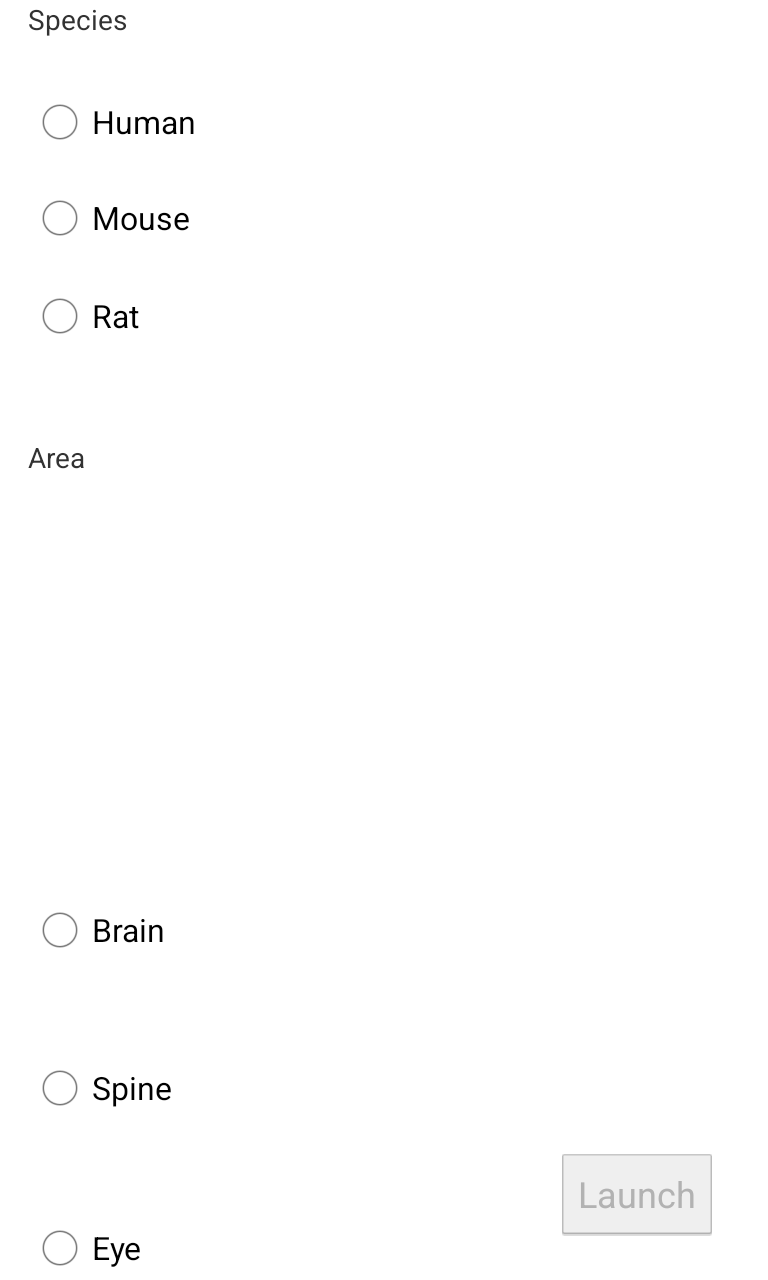
Repository: Ekarg/CSCE315Project3
Layout: Project3/res/layout/activity_main.xml
The author's editor kept a copy of each file at every save. The layout is drawn from the files as they stood at one save, then again after the next save.
It is drawn on a 768 x 1280 px phone screen (xhdpi) without system bars, with theme AppTheme; the app's code is not run.

Above is the layout before, as saved 2013-11-20 21:46:11.

### Project3/res/layout/activity_main.xml
<RelativeLayout xmlns:android="http://schemas.android.com/apk/res/android"
    xmlns:tools="http://schemas.android.com/tools"
    android:layout_width="match_parent"
    android:layout_height="match_parent"

    tools:context=".MainActivity" >

    <Button
        android:id="@+id/button1"
        android:layout_width="wrap_content"
        android:layout_height="wrap_content"
        android:layout_alignParentBottom="true"
        android:layout_alignParentRight="true"
        android:layout_marginBottom="19dp"
        android:layout_marginRight="24dp"
        android:enabled = "false"
		android:onClick="launch"
        android:text="@string/Button" />

    <TextView
        android:id="@+id/textView1"
        android:layout_width="wrap_content"
        android:layout_height="wrap_content"
        android:layout_marginLeft="14dp"
        android:layout_alignParentTop="true"
        android:text="@string/species" />

   <RadioGroup
        android:id="@+id/radioGroup1"
        android:layout_width="fill_parent"
        android:layout_height="wrap_content"
        android:layout_alignParentTop="true"
        android:layout_centerHorizontal="true"
        android:orientation="vertical" >

        <RadioButton
            android:id="@+id/radioButton1"
            android:layout_width="wrap_content"
            android:layout_height="wrap_content"
            android:layout_marginLeft="14dp"
            android:checked = "false"
            android:layout_marginTop="45dp"
            android:text="@string/human"
            android:onClick="onRadioButtonClicked"/>

        <RadioButton
            android:id="@+id/radioButton2"
            android:layout_width="wrap_content"
            android:layout_height="wrap_content"
            android:layout_marginLeft="14dp"
            android:checked = "false"
            android:layout_marginTop="16dp"
            android:text="@string/mouse"
            android:onClick="onRadioButtonClicked"/>

        <RadioButton
            android:id="@+id/radioButton3"
            android:layout_width="wrap_content"
            android:layout_height="wrap_content"
            android:layout_marginLeft="14dp"
            android:checked = "false"
            android:layout_marginTop="17dp"
            android:text="@string/rat"
            android:onClick="onRadioButtonClicked"/>
    </RadioGroup>

    <TextView
        android:id="@+id/textView2"
        android:layout_width="wrap_content"
        android:layout_height="wrap_content"
        android:layout_alignLeft="@+id/textView1"
        android:layout_below="@+id/radioGroup1"
        android:layout_marginTop="45dp"
        android:text="@string/area"
        android:onClick="onRadioButtonClicked" />

     <RadioGroup
        android:id="@+id/radioGroup2"
        android:layout_width="fill_parent"
        android:layout_height="wrap_content"
        android:checked = "false"
        android:layout_alignParentBottom="true"
        android:layout_centerHorizontal="true"
        android:orientation="vertical" >

	    <RadioButton
	        android:id="@+id/radioButton5"
	        android:layout_width="wrap_content"
	        android:layout_height="wrap_content"
	        android:checked = "false"
	        android:layout_marginLeft="14dp"
	        android:layout_marginTop="46dp"
	        android:text="@string/brain"
	        android:onClick="onRadioButtonClicked" />

	    <RadioButton
	        android:id="@+id/radioButton4"
	        android:layout_width="wrap_content"
	        android:layout_height="wrap_content"
	        android:checked = "false"
	        android:layout_marginLeft="14dp"
	        android:layout_marginTop="47dp"
	        android:text="@string/spine"
	        android:onClick="onRadioButtonClicked"/>

	     <RadioButton
         android:id="@+id/radioButton6"
         android:layout_width="wrap_content"
         android:layout_height="wrap_content"
         android:checked = "false"
         android:layout_marginLeft="14dp"
         android:layout_marginTop="48dp"
         android:text="@string/eye"
         android:onClick="onRadioButtonClicked" />
	</RadioGroup>



</RelativeLayout>

### Project3/res/values/strings.xml
<?xml version="1.0" encoding="utf-8"?>
<resources>

    <string name="app_name">Show Me the.... Neuron!</string>
    <string name="action_settings">Settings</string>
    <string name="hello_world">Hello world!</string>
    <string name="Button">Launch</string>
    <string name="title_activity_second">Neuron Display</string>
    <string name="species">Species</string>
    <string name="human">Human</string>
    <string name="mouse">Mouse</string>
    <string name="rat">Rat</string>
    <string name="area">Area</string>
    <string name="eye">Eye</string>
    <string name="brain">Brain</string>
    <string name="spine">Spine</string>


</resources>

Loaded but not shown: Project3/res/values/styles.xml (common file); Project3/res/values-v11/styles.xml (common file); Project3/res/values-v14/styles.xml (common file); Project3/res/values/dimens.xml (common file)

After the next save:
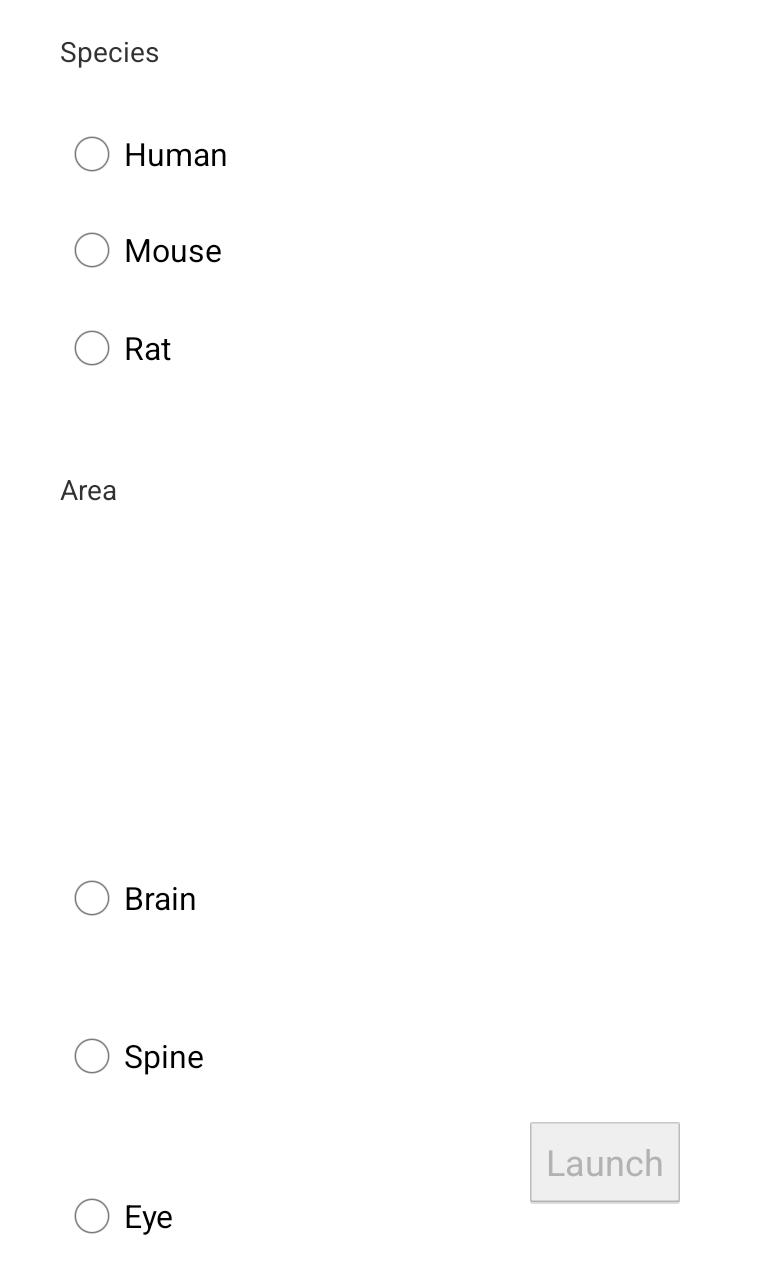
Saved 35 s later.
--- a/Project3/res/layout/activity_main.xml
+++ b/Project3/res/layout/activity_main.xml
@@ -2,7 +2,10 @@
     xmlns:tools="http://schemas.android.com/tools"
     android:layout_width="match_parent"
     android:layout_height="match_parent"
-
+    android:paddingBottom="@dimen/activity_vertical_margin"
+    android:paddingLeft="@dimen/activity_horizontal_margin"
+    android:paddingRight="@dimen/activity_horizontal_margin"
+    android:paddingTop="@dimen/activity_vertical_margin"
     tools:context=".MainActivity" >
 
     <Button
